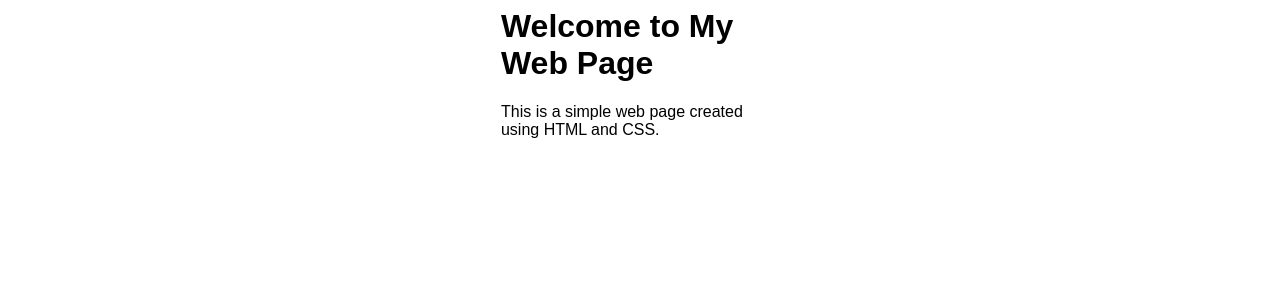
Repository: AdityaTech-Pro/FullStackWithBridgelabz
Page: Assignment2/Data_List/index.html
An editor plug-in stored every save of this project. The page is shown before and after the next save, followed by the edit.
The browser window is 1280 px wide. The pictures show the whole page.

Above is the page before, as saved 2025-10-15 09:10:20.

### Assignment2/Data_List/index.html
<html>

<head>
    <style>
        body {
            font-family: Arial, Helvetica, sans-serif;
        }

        .center {
            display: block;
            margin-left: auto;
            margin-right: auto;
            width: 22%;
        }
    </style>
</head>
<title>
    <h2>Data List</h2>
</title>

<body>
    <h1 class="center">Welcome to My Web Page</h1>
    <p class="center">This is a simple web page created using HTML and CSS.</p>
</body>

</html>

After the next save:
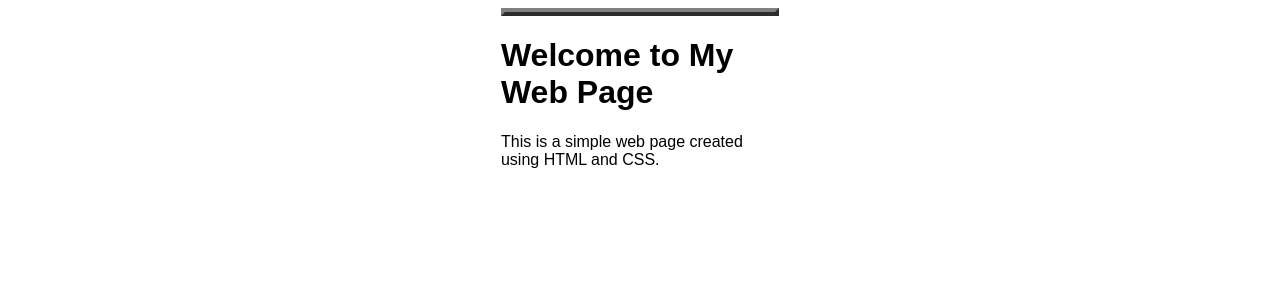
Saved 19 s later.
--- a/Assignment2/Data_List/index.html
+++ b/Assignment2/Data_List/index.html
@@ -19,6 +19,7 @@
 </title>
 
 <body>
+    <table border="4" cellspacing="1" cellpadding="4" class="center"></table>
     <h1 class="center">Welcome to My Web Page</h1>
     <p class="center">This is a simple web page created using HTML and CSS.</p>
 </body>
